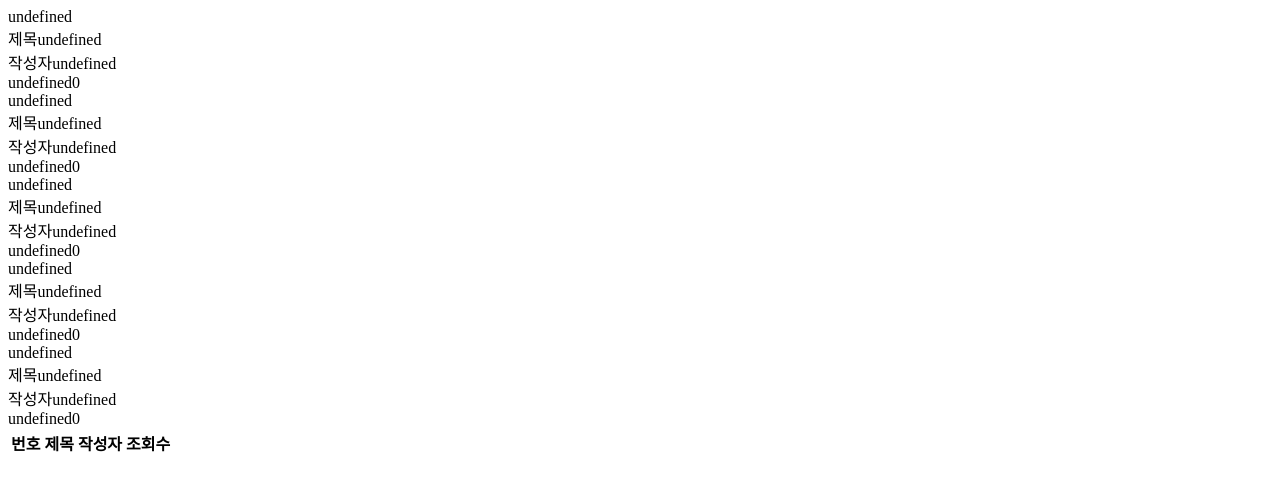
Repository: Pang-Ho/TIL
Page: JavaScript/workspace_web/jstest/WebContent/fortest2.html
The author's editor kept a copy of each file at every save. The page is drawn from the files as they stood at one save, then again after the next save.
The browser window is 1280 px wide. The pictures show the whole page.

Above is the page before, as saved 2021-08-23 07:40:10.

After the next save:
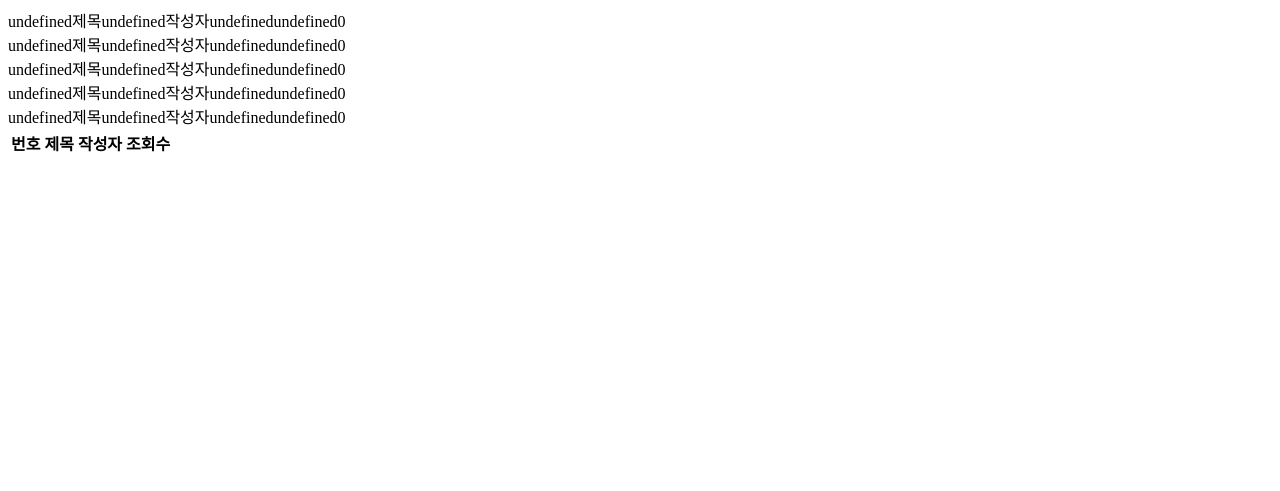
Saved 28 s later.
--- a/JavaScript/workspace_web/jstest/WebContent/fortest2.html
+++ b/JavaScript/workspace_web/jstest/WebContent/fortest2.html
@@ -10,8 +10,9 @@
 
 	for(i = 1 ; i < 6 ; i++){
 		for(j = 0 ; j < a.length ; j++){
-			document.write(a[j] + "<br>");
+			document.write(a[j]);
 		}
+		document.write("<br>");
 	}
 </script>
 </head>
